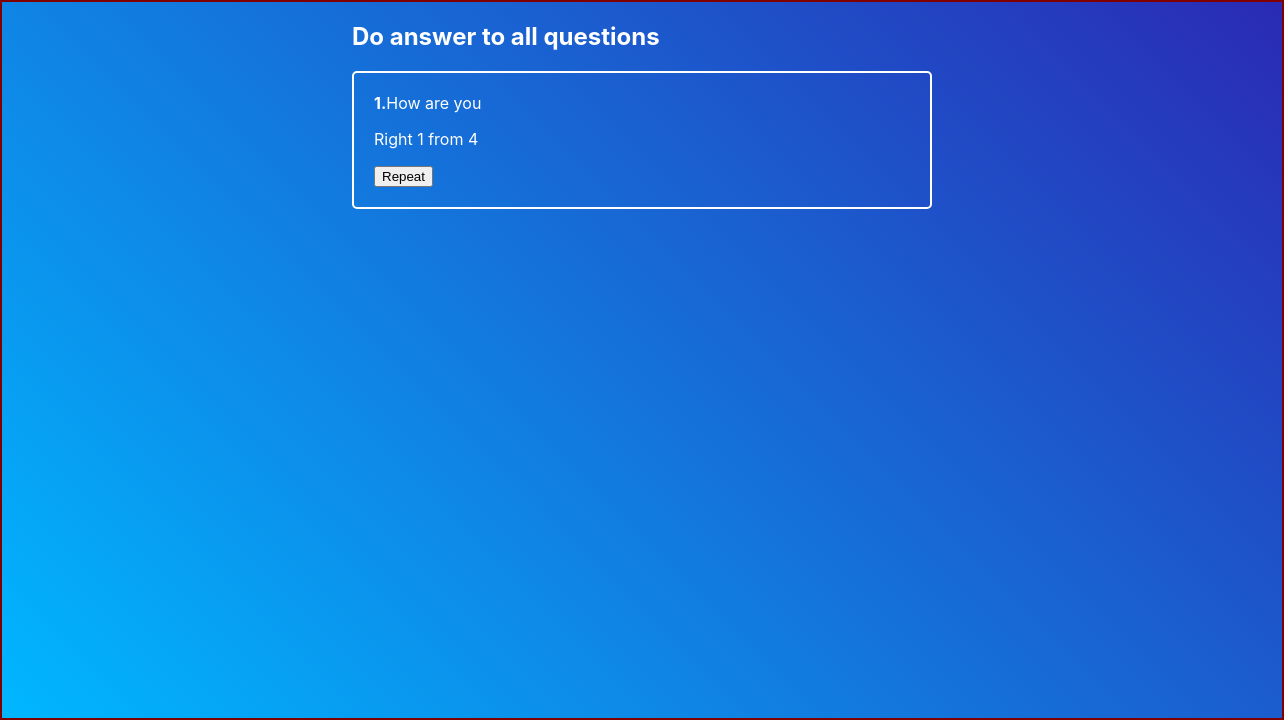
Repository: GregorPiev/react-quizes
Page: /
These files come from the project's save history. The page is drawn as it stood at one moment and after the next save; the edit follows.
The browser window is 1280 px wide. The page is 1284 px wide, so the pictures cover 1284 px, including what lies to the right of the window. The pictures show the whole page.
Some icons come from a web library that is not loaded, so they are not drawn. The project was rebuilt for these pictures with package versions that can differ from the ones it lists, and the page was loaded fresh each time. Also part of the build but not shown: src/components/ActiveQuiz/ActiveQuiz.module.css, src/components/ActiveQuiz/AnswersList/AnswersList.module.css, src/components/ActiveQuiz/AnswersList/AnswerItem/AnswerItem.module.css, src/components/ActiveQuiz/AnswersList/AnswerItem/AnswerItem.js, src/components/ActiveQuiz/AnswersList/AnswersList.js, src/components/ActiveQuiz/ActiveQuiz.js.

Above is the page before, as saved 2020-06-29 13:08:29.

After the next save:
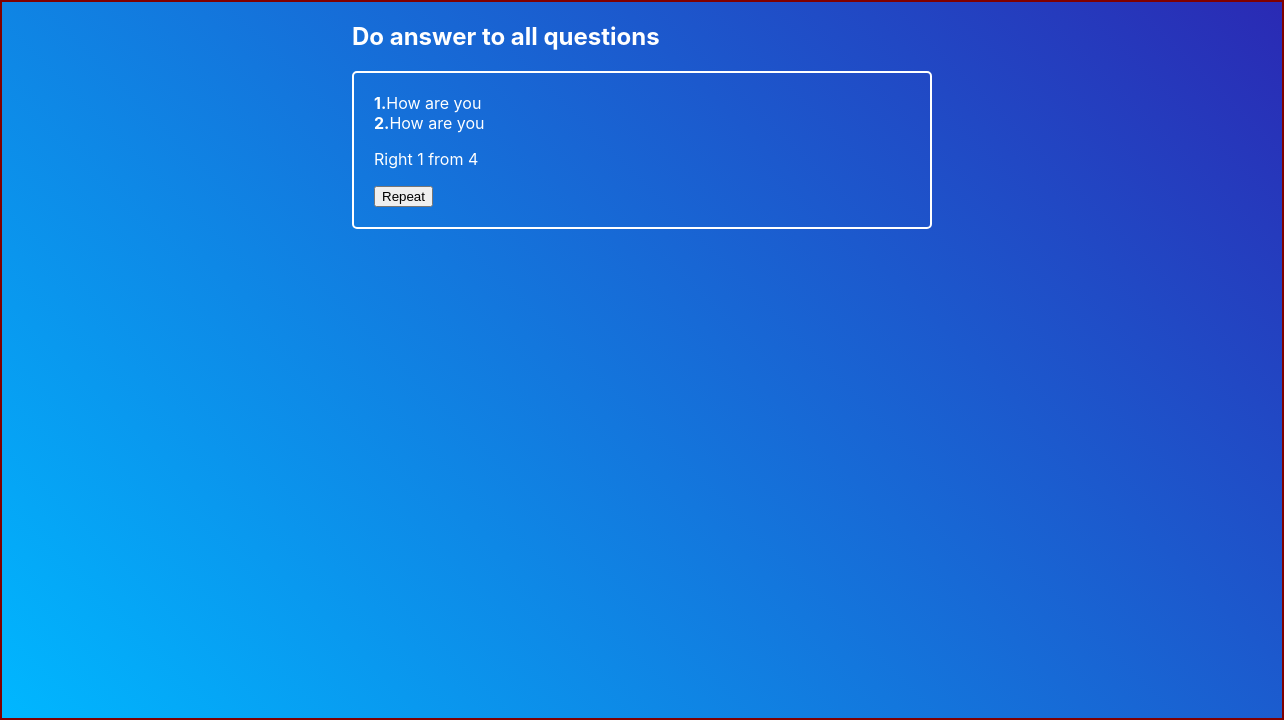
Saved 80 s later.
--- a/src/components/FinishQuiz/FinishQuiz.js
+++ b/src/components/FinishQuiz/FinishQuiz.js
@@ -7,7 +7,13 @@ const FinishQuiz = props => {
             <ul>
                 <li>
                     <strong>1.</strong>
-                    <i className={''} />
+                    <i className={'fa fa-times'} />
+                    How are you
+
+                </li>
+                <li>
+                    <strong>2.</strong>
+                    <i className={'fa fa-checks'} />
                     How are you
 
                 </li>
